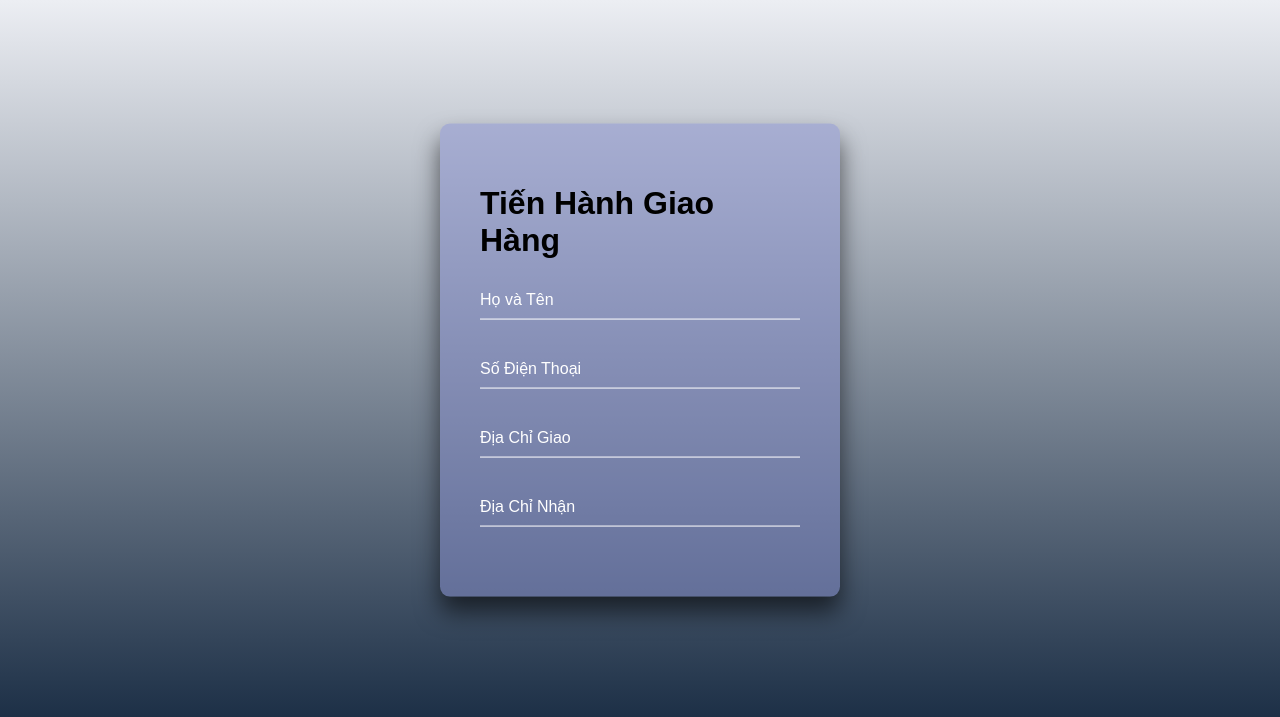
Repository: Pnguyen285/Demo
Page: Giao diện/index.html
The author's editor kept a copy of each file at every save. The page is drawn from the files as they stood at one save, then again after the next save.
The browser window is 1280 px wide. The pictures show the whole page.

Above is the page before, as saved 2023-07-27 21:53:26.

### Giao diện/index.html
<!DOCTYPE html>
<html lang="en">
<head>
  <meta charset="UTF-8">
  <meta name="viewport" content="width=device-width, initial-scale=1.0">
  <title>Document</title>
  <link rel="stylesheet" type="" href="style.css">
</head>
<body>
  <div class="login-box">
    <h1>Tiến Hành Giao Hàng</h1>
    <form>
      <div class="user-box">
        <input type="text" name="" required="">
        <label>Họ và Tên</label>
      </div>
      <div class="user-box">
        <input type="text" name="" required="">
        <label>Số Điện Thoại</label>
      </div>
      <div class="user-box">
        <input type="text" name="" required="">
        <label>Địa Chỉ Giao</label>
      </div>
      <div class="user-box">
        <input type="text" name="" required="">
        <label>Địa Chỉ Nhận</label>
      </div>

    </form>
  </div>
</body>
</html>

### Giao diện/style.css
html {
  height: 100%;
}
body {
  margin:0;
  padding:0;
  font-family: sans-serif;
  background: linear-gradient(#eceef3, #1c2f46);
}

.login-box {
  position: absolute;
  top: 50%;
  left: 50%;
  width: 400px;
  padding: 40px;
  transform: translate(-50%, -50%);
  background: rgba(135, 143, 208, 0.5);
  box-sizing: border-box;
  box-shadow: 0 15px 25px rgba(0,0,0,.6);
  border-radius: 10px;
}

.login-box h2 {
  margin: 0 0 30px;
  padding: 0;
  color: #fff;
  text-align: center;
}

.login-box .user-box {
  position: relative;
}

.login-box .user-box input {
  width: 100%;
  padding: 10px 0;
  font-size: 16px;
  color: #0b0909;
  margin-bottom: 30px;
  border: none;
  border-bottom: 1px solid #fff;
  outline: none;
  background: transparent;
}
.login-box .user-box label {
  position: absolute;
  top:0;
  left: 0;
  padding: 10px 0;
  font-size: 16px;
  color: #fff;
  pointer-events: none;
  transition: .5s;
}

.login-box .user-box input:focus ~ label,
.login-box .user-box input:valid ~ label {
  top: -20px;
  left: 0;
  color: #0a0704;
  font-size: 12px;
}

After the next save:
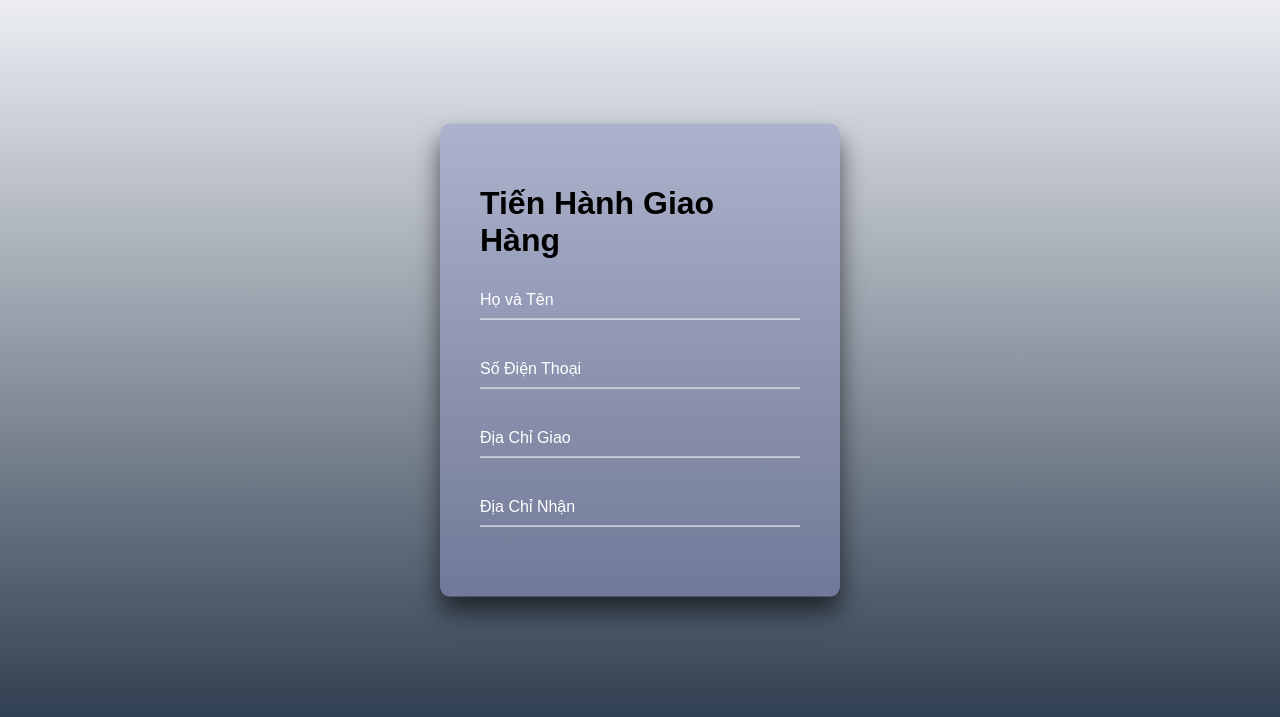
Saved 16 s later.
--- a/Giao diện/style.css
+++ b/Giao diện/style.css
@@ -5,7 +5,7 @@ body {
   margin:0;
   padding:0;
   font-family: sans-serif;
-  background: linear-gradient(#eceef3, #1c2f46);
+  background: linear-gradient(#eceef3, #303f51);
 }
 
 .login-box {
@@ -15,7 +15,7 @@ body {
   width: 400px;
   padding: 40px;
   transform: translate(-50%, -50%);
-  background: rgba(135, 143, 208, 0.5);
+  background: rgba(144, 150, 194, 0.5);
   box-sizing: border-box;
   box-shadow: 0 15px 25px rgba(0,0,0,.6);
   border-radius: 10px;
